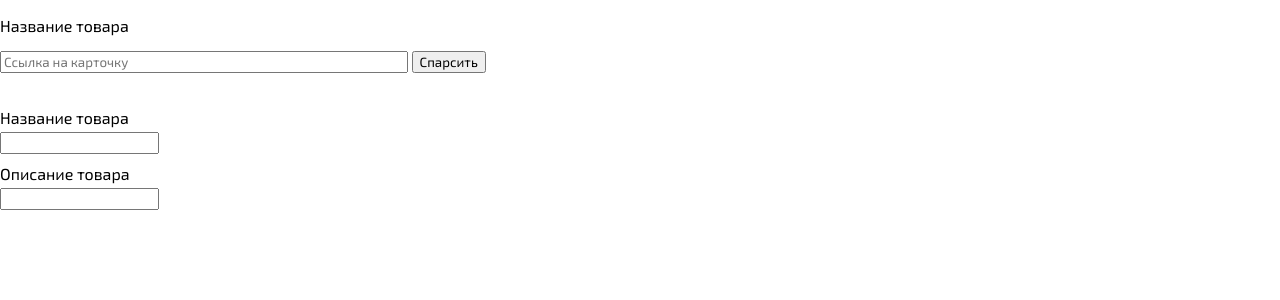
Repository: yozuul/wildberries-product-card-parser-api-exchange
Page: public/index.html
The author's editor kept a copy of each file at every save. The page is drawn from the files as they stood at one save, then again after the next save.
The browser window is 1280 px wide. The pictures show the whole page.

Above is the page before, as saved 2021-08-18 17:37:24.

### public/index.html
<!DOCTYPE html>
<html lang="en">
<head>
   <meta charset="UTF-8">
   <meta http-equiv="X-UA-Compatible" content="IE=edge">
   <meta name="viewport" content="width=device-width, initial-scale=1.0">
   <title>Document</title>
   <link rel="stylesheet" href="style.css">
</head>
<body>
   <div class="formWrapper">
      <div class="parseForm">
         <form name="parseForm">
            <p>Название товара</p>
            <input type="text" id="cardURL" placeholder="Ссылка на карточку">
            <button id="parseData">Спарсить</button>
         </form>
      </div>
      <div class="productForm">
         <form name="productForm">
            <div class="inputWrapper">
               <p>Название товара</p>
               <input type="text" id="productCardName">
            </div>
            <div class="inputWrapper">
               <p>Описание товара</p>
               <input type="text" id="productCardDesc">
            </div>
         </form>
      </div>
   </div>
   <script src="index.js"></script>
</body>
</html>

### public/style.css
@import url('https://fonts.googleapis.com/css2?family=Exo+2&display=swap');

* {
   font-family: 'Exo 2', sans-serif;
}

body {
   padding: 0;
   margin: 0;
}
.wrapper {
   max-width: 1200px;
   margin: auto;
   margin-top: 100px;
}
.parseForm {
   display: flex;
   flex-wrap: wrap;
}
.parseForm input {
   width: 400px;
}
.productForm {
   margin-top: 35px;
}
.productForm p {
   margin-bottom: 5px;
   margin-top: 0;
}
.inputWrapper {
   margin-bottom: 10px;
}

Loaded but not shown: index.js (no copy from this time; the picture is the same without it)

After the next save:
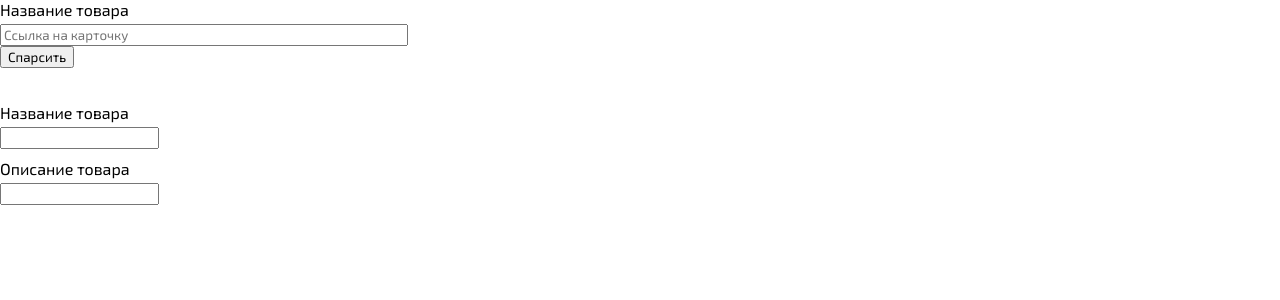
Saved 19 s later.
--- a/public/style.css
+++ b/public/style.css
@@ -16,6 +16,7 @@ body {
 .parseForm {
    display: flex;
    flex-wrap: wrap;
+   max-width: 400px;
 }
 .parseForm input {
    width: 400px;
@@ -23,7 +24,7 @@ body {
 .productForm {
    margin-top: 35px;
 }
-.productForm p {
+.formWrapper p {
    margin-bottom: 5px;
    margin-top: 0;
 }
